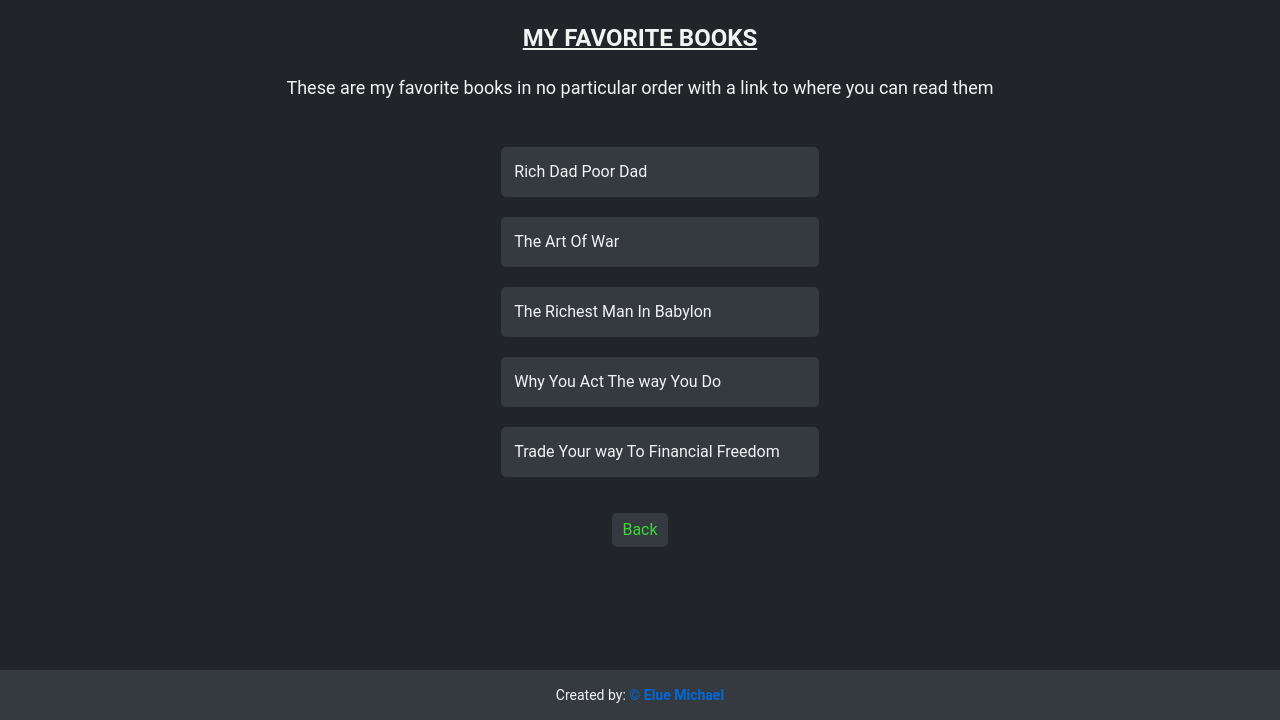
Repository: MikkyPrestige/html-website
Page: pages/books.html
The author's editor kept a copy of each file at every save. The page is drawn from the files as they stood at one save, then again after the next save.
The browser window is 1280 px wide. The pictures show the whole page.

Above is the page before, as saved 2023-04-29 13:44:18.

### pages/books.html
<!DOCTYPE html>
<html lang="en">

<head>
  <meta charset="UTF-8">
  <meta http-equiv="X-UA-Compatible" content="IE=edge">
  <meta name="viewport" content="width=device-width, initial-scale=1.0">
  <title>Books</title>
  <link rel="stylesheet" href="../index.css">
</head>

<body>
  <main class="main">
    <section class="section">
      <div class="books">
        <h1 class="books-heading"><u>My Favorite Books</u></h1>
        <p class="books-subheading">These are my favorite books in no particular order with a link to where you can read
          them</p>
      </div>
      <ul class="books-lists">
        <li class="books-item">
          <a href="http://www.lequydonhanoi.edu.vn/upload_images/S%C3%A1ch%20ngo%E1%BA%A1i%20ng%E1%BB%AF/Rich%20Dad%20Poor%20Dad.pdf"
            target="_blank" class="books-link">Rich Dad Poor Dad</a>
        </li>
        <li class="books-item">
          <a href="https://sites.ualberta.ca/~enoch/Readings/The_Art_Of_War.pdf" target="_blank" class="books-link">The
            Art Of War</a>
        </li>
        <li class="books-item">
          <a href="https://thediamondsmine.com/files/Ebooks/Clason-RichestManInBabylon.pdf" target="_blank"
            class="books-link">The Richest Man
            In Babylon</a>
        </li>
        <li class="books-item">
          <a href="https://www.dirzon.com/Doc/ReaderAsync?target=telegram%3AWhy%20you%20act%20the%20way%20you%20do%20by%20Tim%20LaHaye%20(%20PDFDrive%20).pdf"
            target="_blank" class="books-link">Why You Act The way You Do</a>
        </li>
        <li class="books-item">
          <a href="https://dl.abcbourse.ir/dl/Library/book/Trade_Your_Way_to_Financial_Freedom.pdf" target="_blank"
            class="books-link">Trade
            Your way To Financial Freedom</a>
        </li>
      </ul>
      <div class="back">
        <a href="../index.html" class="back-link">Back</a>
      </div>
    </section>
    <footer class="footer">
      <p class="footer-text">Created by: <a href="#" target="_blank" class="footer-link">
          &copy; <strong>Elue Michael</strong>
        </a>
      </p>
    </footer>
  </main>
</body>

</html>

### index.css
body {
  background-color: #212529;
  font-family: 'Roboto', sans-serif;
  font-size: 16px;
  font-weight: 400;
  line-height: 1.5;
  color: #f3f3f3;
  text-align: left;
  margin: 0;
  padding: 0;
  width: 100%;
  height: 100vh;
}

.main {
  display: flex;
  flex-direction: column;
  justify-content: space-between;
  align-items: center;
  height: 100%;
}

.section {
  display: flex;
  flex-direction: column;
  justify-content: center;
  align-items: center;
  width: 100%;
}

.btn {
  background-color: #007bff;
  padding: 5px;
  border-radius: 5px;
  transition: all .15s ease-in-out;
  border: none;
  outline: none;
  margin: -20px 0 50px 0;
}

.btn:hover {
  background-color: #0069d9;
}

.btn-link {
  color: #f3f3f3;
  font-size: 14px;
  text-decoration: none;
  cursor: pointer;
}

.section1 {
  display: flex;
  flex-direction: column;
  justify-content: center;
  align-items: center;
}

.section1-header {
  font-size: 24px;
  font-weight: 700;
  margin-bottom: 5px;
  text-transform: uppercase;
}

.section1-content {
  display: flex;
  justify-content: space-around;
  align-items: center;
  width: 100%;
}

.section1-text {
  font-size: 18px;
  font-weight: 400;
}

.section1-link,
.section1-link:link,
.section1-link:visited {
  color: #0069d9;
  text-decoration: none;
  cursor: pointer;
}

.section1-link:hover {
  text-decoration: underline;
  color: #f3f3f3;
}

/* BOOKS CSS */
.books {
  display: flex;
  flex-direction: column;
  justify-content: center;
  align-items: center;
}

.books-heading {
  font-size: 24px;
  font-weight: 700;
  margin-bottom: 0px;
  text-transform: uppercase;
}

.books-subheading {
  font-size: 18px;
  font-weight: 400;
  margin-bottom: 30px;
}

.books-lists {
  display: flex;
  flex-direction: column;
  justify-content: center;
  align-items: center;
  gap: 20px;
  list-style: none;
}

.books-item {
  width: 100%;
  max-width: 500px;
  padding: 13px;
  border-radius: 5px;
  background-color: #343a40;
}

.books-item:hover {
  background-color: #212529;
}

.books-link,
.books-link:link,
.books-link:visited {
  color: #f3f3f3;
  text-decoration: none;
  cursor: pointer;
}

.books-link:hover {
  text-decoration: underline;
}

.back {
  margin: 20px 0 10px 0;
  padding: 5px 10px;
  border-radius: 5px;
  background-color: #343a40;
}

.back:hover {
  background-color: #212529;
}

.back-link {
  color: #3dd638;
  text-decoration: none;
  cursor: pointer;
}

.back-link:hover {
  text-decoration: underline;
}












.footer {
  display: flex;
  justify-content: center;
  align-items: center;
  width: 100%;
  height: 50px;
  background-color: #343a40;
}

.footer-text {
  font-size: 14px;
  font-weight: 400;
  color: #f3f3f3;
}

.footer-link {
  color: #0069d9;
  text-decoration: none;
  cursor: pointer;
}

After the next save:
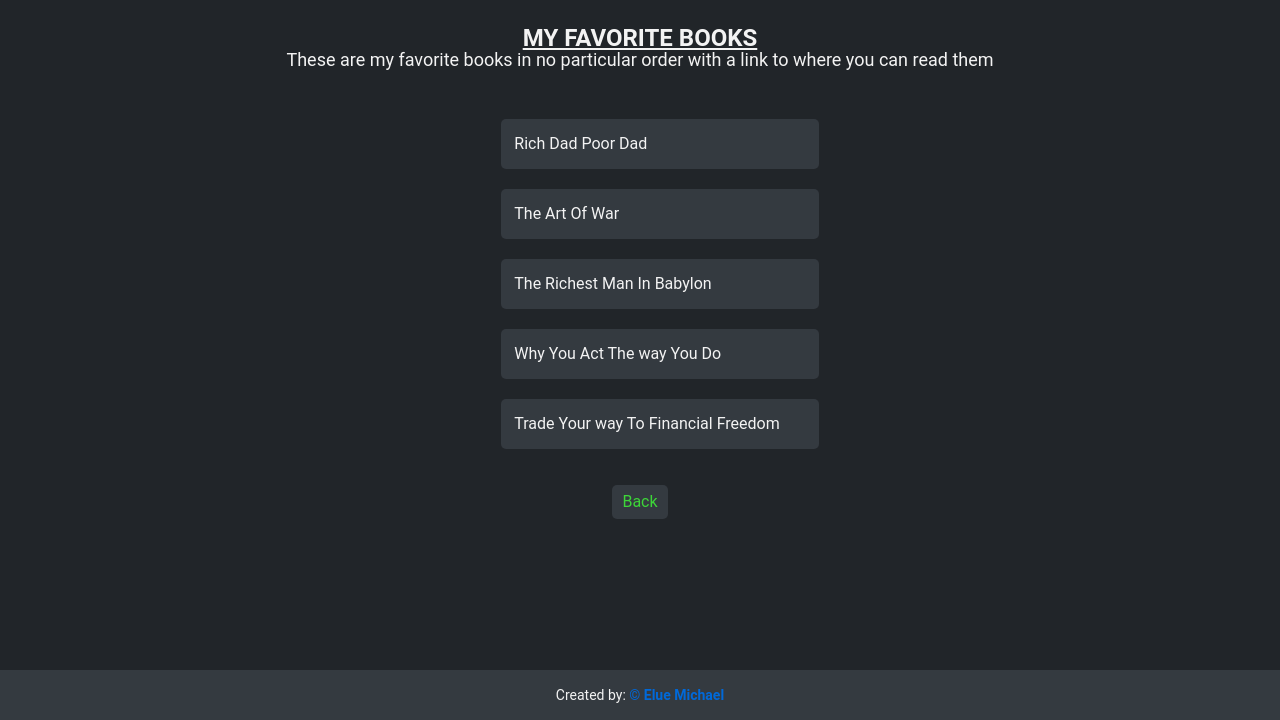
Saved 71 s later.
--- a/index.css
+++ b/index.css
@@ -106,7 +106,7 @@
 .books-subheading {
   font-size: 18px;
   font-weight: 400;
-  margin-bottom: 30px;
+  margin: -10px 0 30px 0;
 }
 
 .books-lists {
